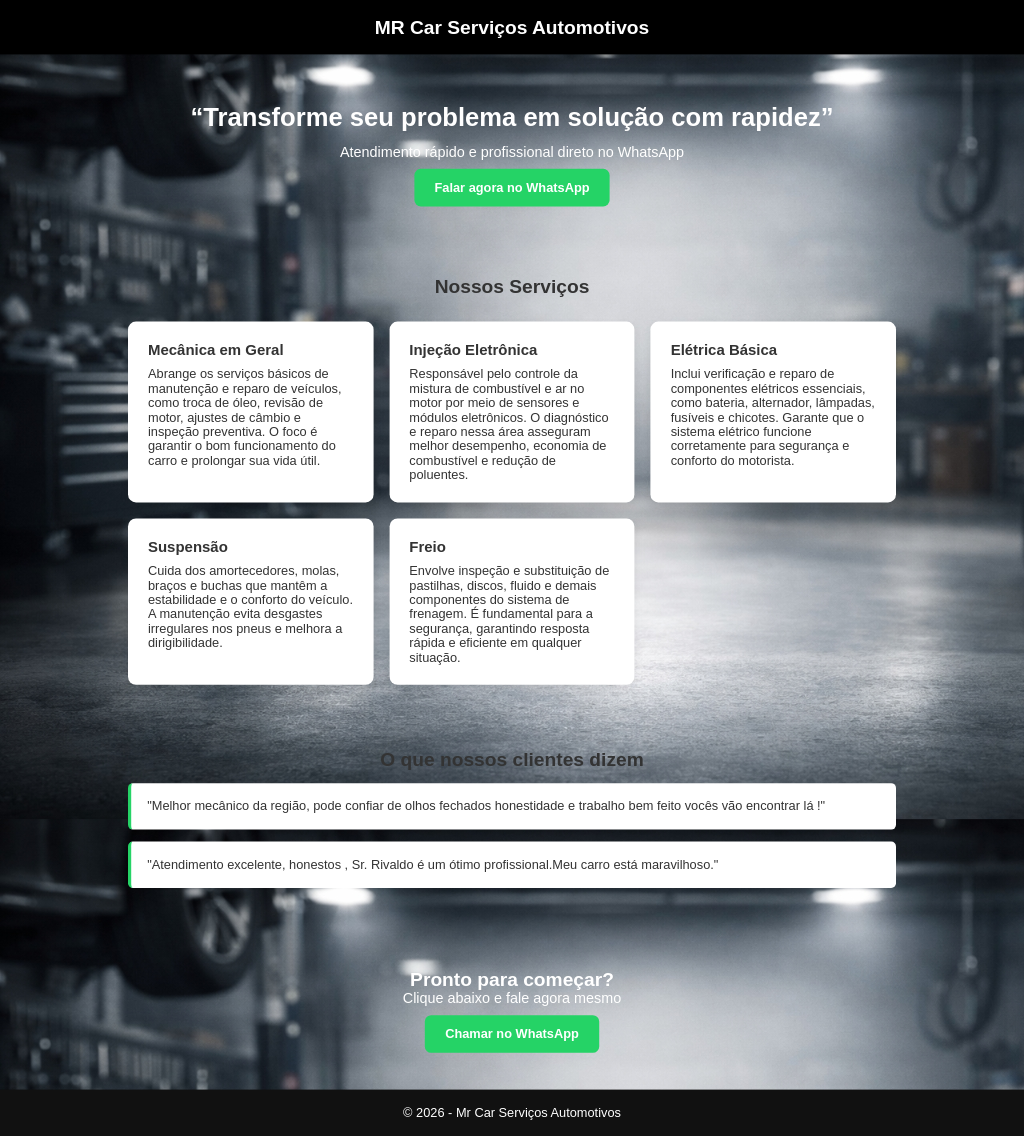
Repository: templaterj1991-Luiz/Main
Page: Template/index.html
These files come from the project's save history. The page is drawn as it stood at one moment and after a run of saves; the edit follows.
The browser window is 1280 px wide. The pictures show the whole page, at 80% of full size.

Above is the page before, as saved 2026-06-06 13:40:16.

### Template/index.html
<!DOCTYPE html>
<html lang="pt-BR">

<head>
    <meta charset="UTF-8">
    <meta name="viewport" content="width=device-width, initial-scale=1.0">
    <title>Mr Car Serviços Automotivos</title>
    <style>
        * {
            margin: 0;
            padding: 0;
            box-sizing: border-box;
            font-family: 'Arial', sans-serif;
        }

        body {
            background-image:url(../Template/assests/image_17807634293247997762059382456069.jpeg);
            color: #333;
        }

        header {
            background: #000000;
            color: #fff;
            padding: 20px;
            text-align: center;
        }

        .hero {
            padding: 60px 20px;
            text-align: center;
            background-image:url();
            color: white;
        }

        .hero h1 {
            font-size: 32px;
            margin-bottom: 15px;
        }

        .hero p {
            font-size: 18px;
            margin-bottom: 25px;
        }

        .btn {
            background: #25D366;
            color: white;
            padding: 15px 25px;
            border-radius: 8px;
            text-decoration: none;
            font-weight: bold;
            transition: 0.3s;
        }

        .btn:hover {
            background: #1ebe5d;
        }

        .container {
            max-width: 1000px;
            margin: auto;
            padding: 40px 20px;
        }

        .grid {
            display: grid;
            grid-template-columns: repeat(auto-fit, minmax(250px, 1fr));
            gap: 20px;
        }

        .card {
            background: white;
            padding: 25px;
            border-radius: 10px;
            box-shadow: 0 4px 10px rgba(0, 0, 0, 0.08);
        }

        .card h3 {
            margin-bottom: 10px;
        }

        .testimonial {
            background: #fff;
            padding: 20px;
            border-left: 4px solid #25D366;
            margin-top: 15px;
            border-radius: 6px;
        }

        footer {
            text-align: center;
            padding: 20px;
            background: #111;
            color: white;

        }
    </style>
</head>

<body>
    <header>
        <h2>MR Car Serviços Automotivos</h2>
    </header>
    <section class="hero">
        <h1>“Transforme seu problema em solução com rapidez”</h1>
        <p>Atendimento rápido e profissional direto no WhatsApp</p> <a class="btn" href="https://wa.me/5521983543090"
            target="_blank"> Falar agora no WhatsApp </a>
    </section>
    <section class="container">
        <h2 style="text-align:center; margin-bottom:30px;">Nossos Serviços</h2>
        <div class="grid">
            <div class="card">
                <h3>Mecânica em Geral</h3>
                <p>Abrange os serviços básicos de manutenção e reparo de veículos, como troca de óleo, revisão de motor, ajustes de câmbio e inspeção preventiva. O foco é garantir o bom funcionamento do carro e prolongar sua vida útil.</p>
            </div>
            <div class="card">
                <h3>Injeção Eletrônica </h3>
                <p>Responsável pelo controle da mistura de combustível e ar no motor por meio de sensores e módulos eletrônicos. O diagnóstico e reparo nessa área asseguram melhor desempenho, economia de combustível e redução de poluentes.</p>
            </div>
            <div class="card">
                <h3>Elétrica Básica</h3>
                <p>Inclui verificação e reparo de componentes elétricos essenciais, como bateria, alternador, lâmpadas, fusíveis e chicotes. Garante que o sistema elétrico funcione corretamente para segurança e conforto do motorista.</p>
            </div>
             <div class="card">
                <h3>Suspensão</h3>
                <p>Cuida dos amortecedores, molas, braços e buchas que mantêm a estabilidade e o conforto do veículo. A manutenção evita desgastes irregulares nos pneus e melhora a dirigibilidade.</p>
            </div>
             <div class="card">
                <h3>Freio</h3>
                <p>Envolve inspeção e substituição de pastilhas, discos, fluido e demais componentes do sistema de frenagem. É fundamental para a segurança, garantindo resposta rápida e eficiente em qualquer situação.</p>
            </div>
        </div>
    </section>
    <section class="container">
        <h2 style="text-align:center;">O que nossos clientes dizem</h2>
        <div class="testimonial"> "Melhor mecânico da região, pode confiar de olhos fechados honestidade e trabalho bem feito vocês vão encontrar lá !" </div>
        <div class="testimonial"> "Atendimento excelente, honestos , Sr. Rivaldo é um ótimo profissional.Meu carro está maravilhoso." </div>
    </section>
    <section class="hero">
        <h2>Pronto para começar?</h2>
        <p>Clique abaixo e fale agora mesmo</p> <a class="btn" href="https://wa.me/5521983543090" target="_blank"> Chamar no
            WhatsApp </a>
    </section>
    <footer>
        <p>© 2026 - Mr Car Serviços Automotivos</p>
    </footer>
</body>

</html>

After the next 4 saves:
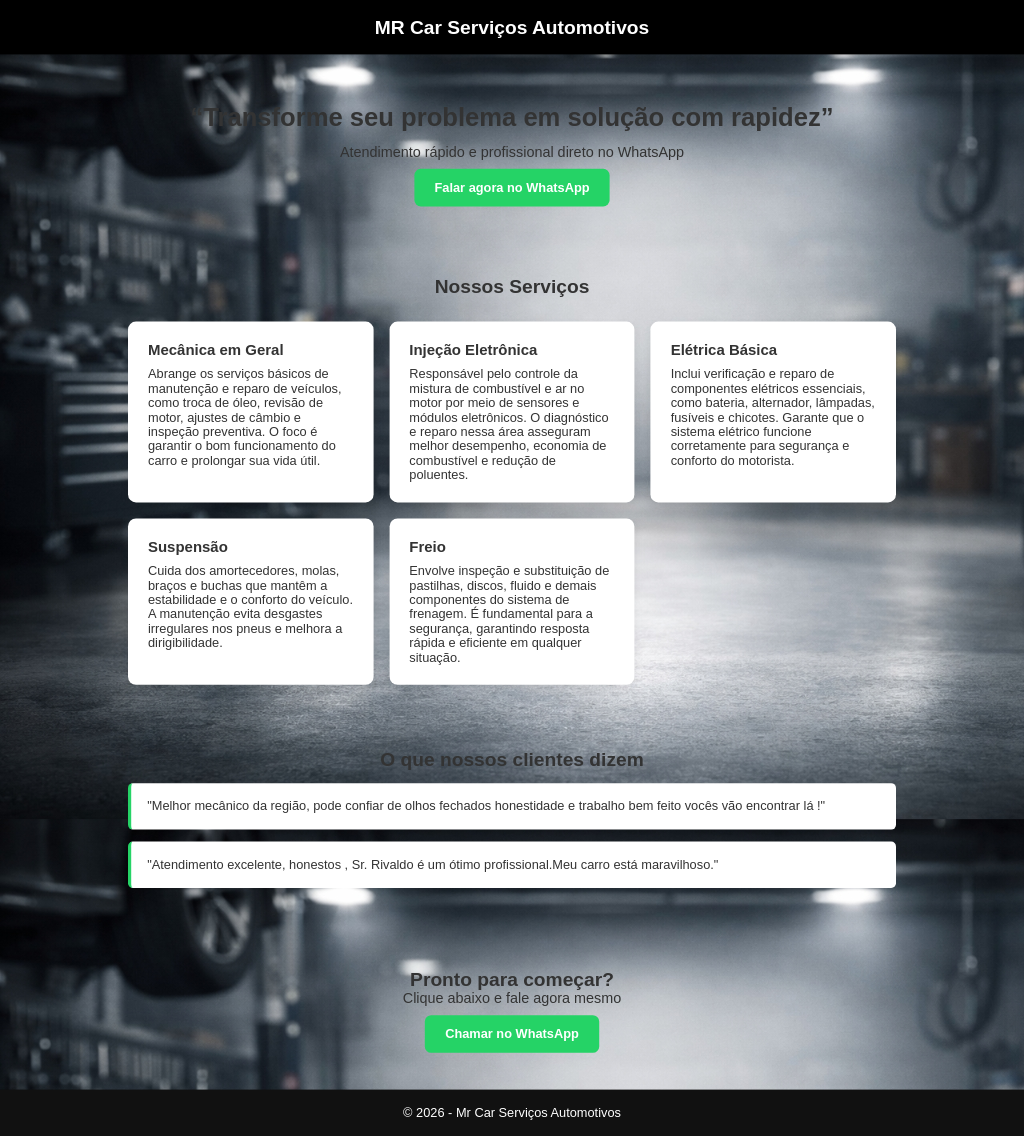
The 4 saves are shown as one change because they came seconds apart.
The last was saved 25 s later.
--- a/Template/index.html
+++ b/Template/index.html
@@ -28,7 +28,7 @@
         .hero {
             padding: 60px 20px;
             text-align: center;
-            background-image:url();
+            background:blue
             color: white;
         }
 
